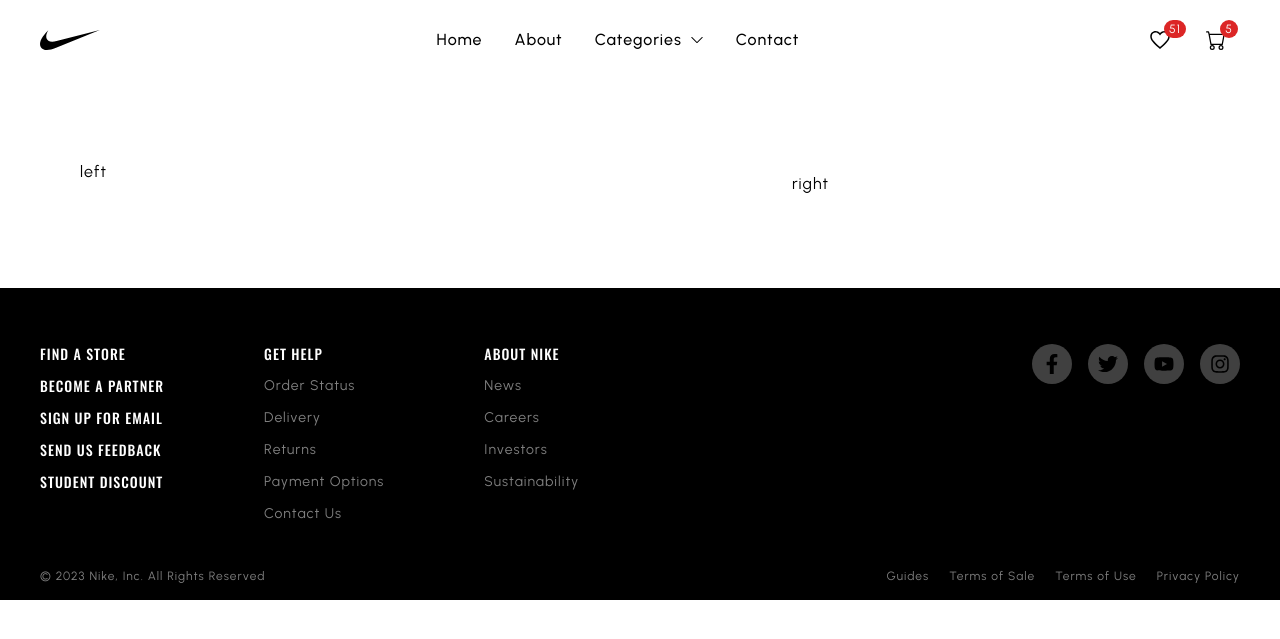
Repository: ducanhaep/shoe-store-frontend
Page: /product/1
These files come from the project's save history. The page is drawn as it stood at one moment and after the next save; the edit follows.
The browser window is 1280 px wide. The pictures show the whole page.
The project was rebuilt for these pictures with package versions that can differ from the ones it lists, and the page was loaded fresh each time. The framework's server and built-in components were replaced by stand-ins that run in the browser. Also part of the build but not shown: next.config.js, components/MenuMobile.jsx.

Above is the page before, as saved 2023-04-12 04:57:33.

After the next save:
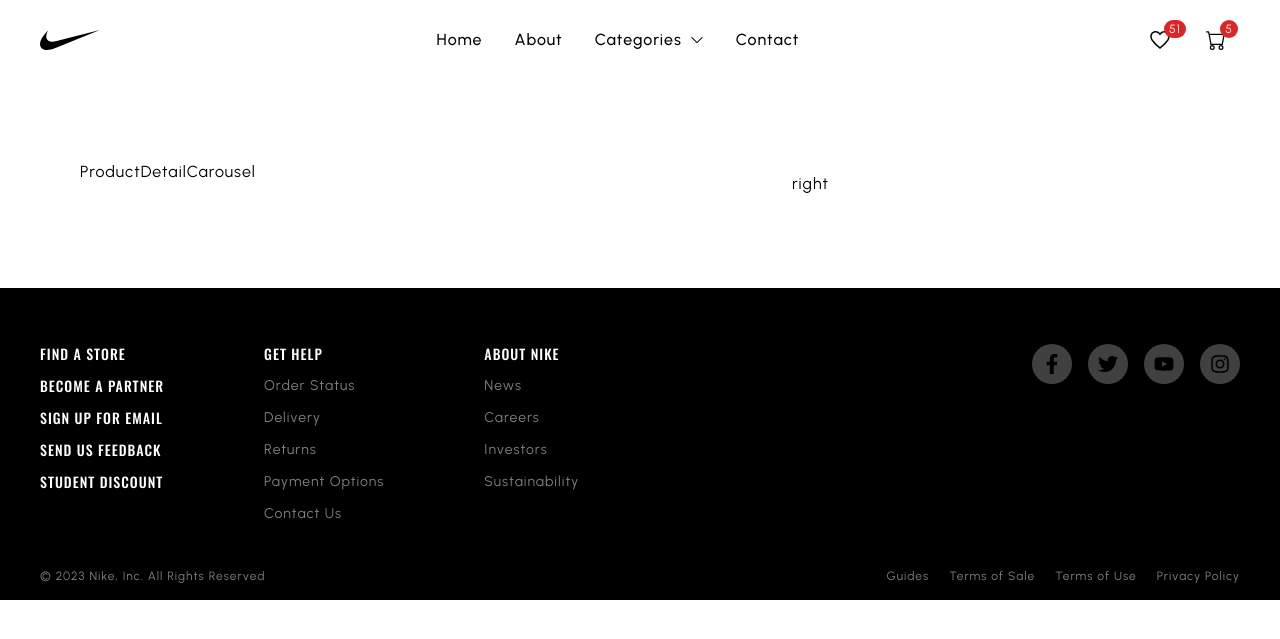
Saved 55 s later.
--- a/pages/product/[slug].js
+++ b/pages/product/[slug].js
@@ -1,3 +1,4 @@
+import ProductDetailCarousel from "@/components/ProductDetailCarousel";
 import Wrapper from "@/components/Wrapper";
 
 export default function ProductDetails() {
@@ -6,7 +7,7 @@
       <Wrapper>
         <div className="flex flex-col gap-[50px] md:px-10 lg:flex-row lg:gap-[100px]">
           <div className="mx-auto w-full max-w-[500px] flex-[1.5] md:w-auto lg:mx-0 lg:max-w-full">
-            left
+            <ProductDetailCarousel />
           </div>
           <div className="flex-[1] py-3">right</div>
         </div>
